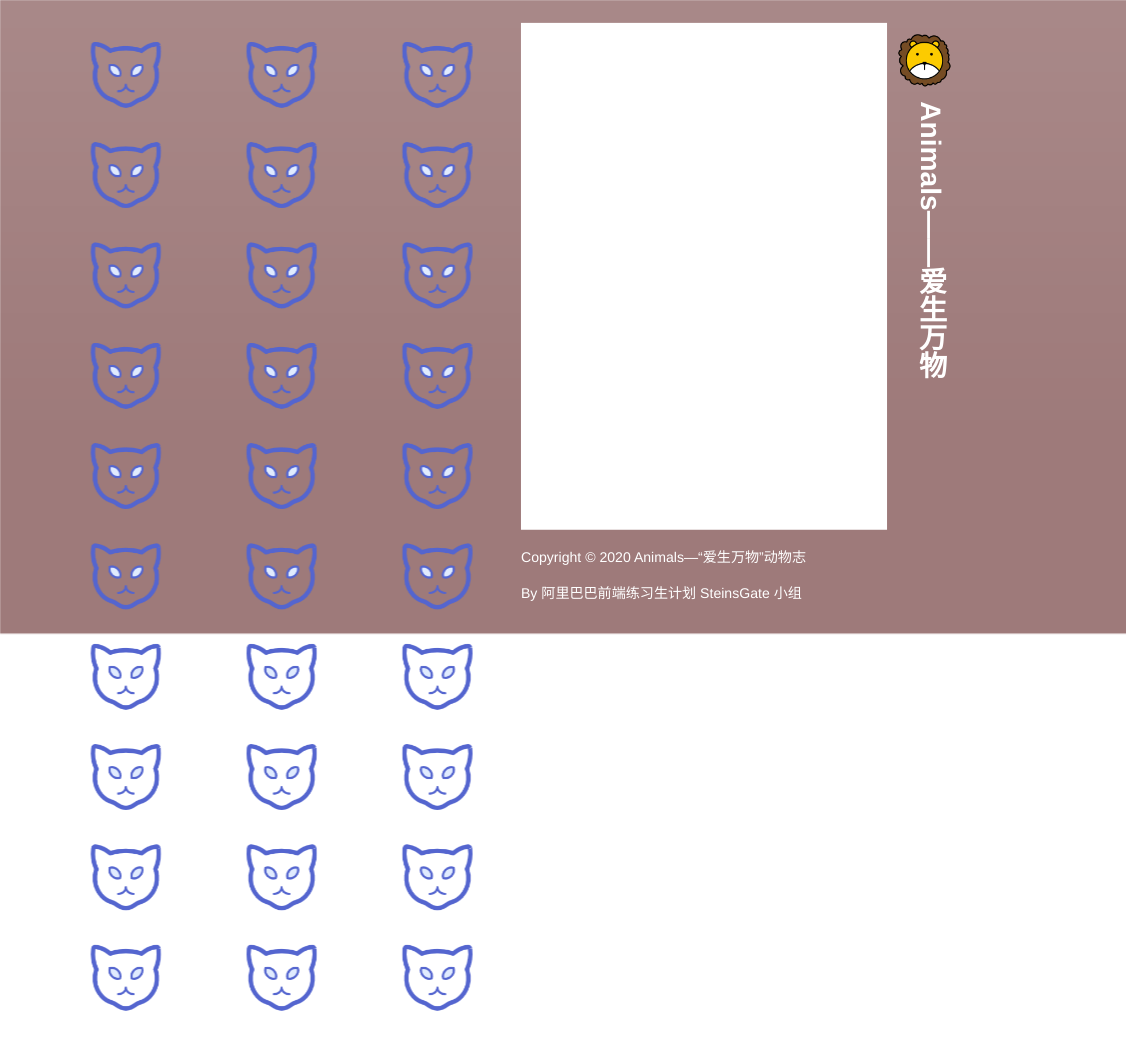
Repository: Whiskeyi/Animals
Page: /
The author's editor kept a copy of each file at every save. The page is drawn from the files as they stood at one save, then again after the next save.
The browser window is 1280 px wide. The pictures show the whole page, at 88% of full size.
The project was rebuilt for these pictures with package versions that can differ from the ones it lists, and the page was loaded fresh each time.

Above is the page before, as saved 2021-11-15 23:23:17.

### public/index.html
<!DOCTYPE html>
<html lang="en">
  <head>
    <meta charset="utf-8">
    <meta http-equiv="X-UA-Compatible" content="IE=edge">
    <meta name="viewport" content="width=device-width,initial-scale=1.0">
    <link rel="icon" href="<%= BASE_URL %>favicon.ico">
    <title>Animals</title>
  </head>
  <body>
    <noscript>
      <strong>We're sorry but animals doesn't work properly without JavaScript enabled. Please enable it to continue.</strong>
    </noscript>
    <div id="app"></div>
    <!-- built files will be auto injected -->
  </body>
</html>

### src/main.js
import Vue from 'vue'
import App from './App.vue'
import router from './router'
import store from './store'
import './plugins/element.js' // 引入element-ui

Vue.config.productionTip = false

new Vue({
  router,
  store,
  render: h => h(App)
}).$mount('#app')

### src/App.vue
<template>
  <div id="app">
    <!-- 入口 -->
    <router-view/>
  </div>
</template>

<style lang="scss">
#app {
  font-family: 'Avenir', Helvetica, Arial, sans-serif;
  -webkit-font-smoothing: antialiased;
  -moz-osx-font-smoothing: grayscale;
}

html, body {  // 去除白边
    width: 100%;
    height: 100%;
    margin: 0;
    padding: 0;
    position: relative;
}

</style>

### src/router.js
// 路由
import Vue from 'vue'
import Router from 'vue-router'
import Home from './views/Home.vue'

Vue.use(Router)

export default new Router({
  mode: 'history',
  base: process.env.BASE_URL,
  routes: [
    {
      path: '/',
      name: 'home',
      component: Home
    }
  ]
})

### src/plugins/element.js
// 引入element-ui
import Vue from 'vue'

import ElementUI from 'element-ui';
import 'element-ui/lib/theme-chalk/index.css';

Vue.use(ElementUI);

### src/views/Home.vue
<template>
  <div class="home">
    <!-- 背景+光泽效果 -->
    <div class="bg">
      <Gloss></Gloss>
    </div>
    <!-- 页面容器 -->
    <div class="container">
      <!-- 左侧展示模块 -->
      <div id="leftContainer">
        <LeftMain></LeftMain>
      </div>
      <!-- 右侧展示模块 -->
      <div id="rightContainer">
        <!-- 输出信息 -->
          <Info></Info>
          <!-- 右侧标题 -->
          <RightHead></RightHead>
          <!-- 尾部 -->
          <Footer></Footer>
      </div>
    </div>
  </div>
</template>

<script>
// @ is an alias to /src
// 组件引入
import Gloss from '@/components/Gloss'
import Footer from '@/components/Footer'
import Info from '@/components/Info'
import RightHead from '@/components/right-head'
import LeftMain from '@/components/left-main'

export default {
  name: 'home',
  components: {
    Gloss,Footer,Info,RightHead,LeftMain
  }
}
</script>

<style lang="scss" scoped>
.home {
  // 滚动条样式修改（待定）
}
.bg {
  height: 100%;
  width: 100%;
  background-color:rgb(158, 122, 122);
  position: fixed;
  transition: background-color 2s ease-in; // 背景颜色2S过渡
  filter: blur(0.5px); // 背景高斯模糊
  // z-index: -9; //暂时注释,影响调试
}
#leftContainer {
  position: absolute;
  left: 10%;
  width: 35%;
  height: 100%;
  margin: 0 auto;
}
#rightContainer {
  position: fixed;
  right: 10%;
  width: 45%;
  height: 100%;
  margin: 0 auto;
}
@media screen and (max-width: 1440px) { // 屏幕小于1440px样式
  #leftContainer {
  position: absolute;
  left: 5%;
  width: 40%;
  height: 100%;
  margin: 0 auto;
}
#rightContainer {
  position: fixed;
  right: 5%;
  width: 50%;
  height: 100%;
  margin: 0 auto;
}
}
</style>

### src/components/Gloss/index.vue
<template>
<!-- 实现光泽效果,丰富背景颜色 -->
<div id="gloss"></div>
</template>

<script>
export default {

}
</script>

<style lang="scss" scoped>
#gloss {
    position: fixed;
    width: 100%;
    height: 478px;
    background: url('../../assets/gloss.png') repeat-x;
    // z-index: -8;  //暂时注释,影响调试
}
</style>

### src/components/Footer/index.vue
<template>
  <div class="footerContainer">
      <p>Copyright © 2020 Animals—“爱生万物”动物志</p>
      <p>By 阿里巴巴前端练习生计划 SteinsGate 小组</p>
  </div>
</template>

<script>
export default {

}
</script>

<style lang="scss" scoped>
.footerContainer {
    position: fixed;
    bottom: 0;
    font-size: 1rem;
    color:#fff;
    margin:0 0 20px 16px;
}
</style>

### src/components/Info/index.vue
<template>
  <div class="infoContainer">

  </div>
</template>

<script>
export default {

}
</script>

<style lang="scss" scoped>
.infoContainer {
    float: left;
    z-index: 10000;
    width: 80%;
    height: 80%;
    margin: 26px 0 0 16px;
    background-color: #fff;
}
.infoContainer logo {
    position: absolute;
}
@media screen and (max-width: 1440px) { // 屏幕小于1440px样式
  .infoContainer {
    float: left;
    z-index: 10000;
    width: 65%;
    height: 80%;
    margin: 26px 0 0 16px;
    background-color: #fff;
}
}
</style>

### src/components/right-head/index.vue
<template>
  <div class="rightHeadContainer">
      <el-image class="logo" alt="logo" :src="require('@/icons/index.png')"></el-image>
      <h1 class="vertical">Animals——爱生万物</h1>
  </div>
</template>

<script>
export default {

}
</script>

<style lang="scss" scoped>
.rightHeadContainer {
    float: left;
    height: 400px;
    width: 100px;
    margin: 26px 0 0 16px;
}
.vertical {
    writing-mode: vertical-lr;
    padding-left: 5px;
    color: #fff;
}
@media screen and (max-width: 1440px) { // 屏幕小于1440px样式
    .rightHeadContainer {
        float: left;
        height: 400px;
        width:85px;
        margin: 26px 0 0 0;
    }
    .vertical {
        writing-mode: vertical-lr;
        padding-right: 0;
        color: #fff;
    }
}
</style>

### src/components/left-main/index.vue
<template>
  <div class="leftContainer">
    <el-row :gutter="20" type="flex" justify="center">
      <el-col :span="8">
        <el-image class="logo" alt="logo" :src="require('@/icons//animals/cat.png')"></el-image>
      </el-col>
      <el-col :span="8">
        <el-image class="logo" alt="logo" :src="require('@/icons//animals/cat.png')"></el-image>
      </el-col>
      <el-col :span="8">
        <el-image class="logo" alt="logo" :src="require('@/icons//animals/cat.png')"></el-image>
      </el-col>
    </el-row>
    <el-row :gutter="20" type="flex" justify="center">
      <el-col :span="8">
        <el-image class="logo" alt="logo" :src="require('@/icons//animals/cat.png')"></el-image>
      </el-col>
      <el-col :span="8">
        <el-image class="logo" alt="logo" :src="require('@/icons//animals/cat.png')"></el-image>
      </el-col>
      <el-col :span="8">
        <el-image class="logo" alt="logo" :src="require('@/icons//animals/cat.png')"></el-image>
      </el-col>
    </el-row>
    <el-row :gutter="20" type="flex" justify="center">
      <el-col :span="8">
        <el-image class="logo" alt="logo" :src="require('@/icons//animals/cat.png')"></el-image>
      </el-col>
      <el-col :span="8">
        <el-image class="logo" alt="logo" :src="require('@/icons//animals/cat.png')"></el-image>
      </el-col>
      <el-col :span="8">
        <el-image class="logo" alt="logo" :src="require('@/icons//animals/cat.png')"></el-image>
      </el-col>
    </el-row>
    <el-row :gutter="20" type="flex" justify="center">
      <el-col :span="8">
        <el-image class="logo" alt="logo" :src="require('@/icons//animals/cat.png')"></el-image>
      </el-col>
      <el-col :span="8">
        <el-image class="logo" alt="logo" :src="require('@/icons//animals/cat.png')"></el-image>
      </el-col>
      <el-col :span="8">
        <el-image class="logo" alt="logo" :src="require('@/icons//animals/cat.png')"></el-image>
      </el-col>
    </el-row>
    <el-row :gutter="20" type="flex" justify="center">
      <el-col :span="8">
        <el-image class="logo" alt="logo" :src="require('@/icons//animals/cat.png')"></el-image>
      </el-col>
      <el-col :span="8">
        <el-image class="logo" alt="logo" :src="require('@/icons//animals/cat.png')"></el-image>
      </el-col>
      <el-col :span="8">
        <el-image class="logo" alt="logo" :src="require('@/icons//animals/cat.png')"></el-image>
      </el-col>
    </el-row>
    <el-row :gutter="20" type="flex" justify="center">
      <el-col :span="8">
        <el-image class="logo" alt="logo" :src="require('@/icons//animals/cat.png')"></el-image>
      </el-col>
      <el-col :span="8">
        <el-image class="logo" alt="logo" :src="require('@/icons//animals/cat.png')"></el-image>
      </el-col>
      <el-col :span="8">
        <el-image class="logo" alt="logo" :src="require('@/icons//animals/cat.png')"></el-image>
      </el-col>
    </el-row>
    <el-row :gutter="20" type="flex" justify="center">
      <el-col :span="8">
        <el-image class="logo" alt="logo" :src="require('@/icons//animals/cat.png')"></el-image>
      </el-col>
      <el-col :span="8">
        <el-image class="logo" alt="logo" :src="require('@/icons//animals/cat.png')"></el-image>
      </el-col>
      <el-col :span="8">
        <el-image class="logo" alt="logo" :src="require('@/icons//animals/cat.png')"></el-image>
      </el-col>
    </el-row>
    <el-row :gutter="20" type="flex" justify="center">
      <el-col :span="8">
        <el-image class="logo" alt="logo" :src="require('@/icons//animals/cat.png')"></el-image>
      </el-col>
      <el-col :span="8">
        <el-image class="logo" alt="logo" :src="require('@/icons//animals/cat.png')"></el-image>
      </el-col>
      <el-col :span="8">
        <el-image class="logo" alt="logo" :src="require('@/icons//animals/cat.png')"></el-image>
      </el-col>
    </el-row>
    <el-row :gutter="20" type="flex" justify="center">
      <el-col :span="8">
        <el-image class="logo" alt="logo" :src="require('@/icons//animals/cat.png')"></el-image>
      </el-col>
      <el-col :span="8">
        <el-image class="logo" alt="logo" :src="require('@/icons//animals/cat.png')"></el-image>
      </el-col>
      <el-col :span="8">
        <el-image class="logo" alt="logo" :src="require('@/icons//animals/cat.png')"></el-image>
      </el-col>
    </el-row>
    <el-row :gutter="20" type="flex" justify="center">
      <el-col :span="8">
        <el-image class="logo" alt="logo" :src="require('@/icons//animals/cat.png')"></el-image>
      </el-col>
      <el-col :span="8">
        <el-image class="logo" alt="logo" :src="require('@/icons//animals/cat.png')"></el-image>
      </el-col>
      <el-col :span="8">
        <el-image class="logo" alt="logo" :src="require('@/icons//animals/cat.png')"></el-image>
      </el-col>
    </el-row>
  </div>
</template>

<script>
export default {

}
</script>

<style lang="scss" scoped>
.leftContainer {
  padding: 30px 0;
  width: 100%;
  text-align: center;
}
.leftContainer .logo {
  width: 110px;
  height: 110px;
  padding: 20px 0;
}
 @media screen and (max-width: 1440px) { // 屏幕小于1440px样式
  .leftContainer .logo {
    height: 80px;
    width: 80px;
    padding: 15px 0;
  }
 }
</style>

Loaded but not shown: src/store.js (common file)

After the next save:
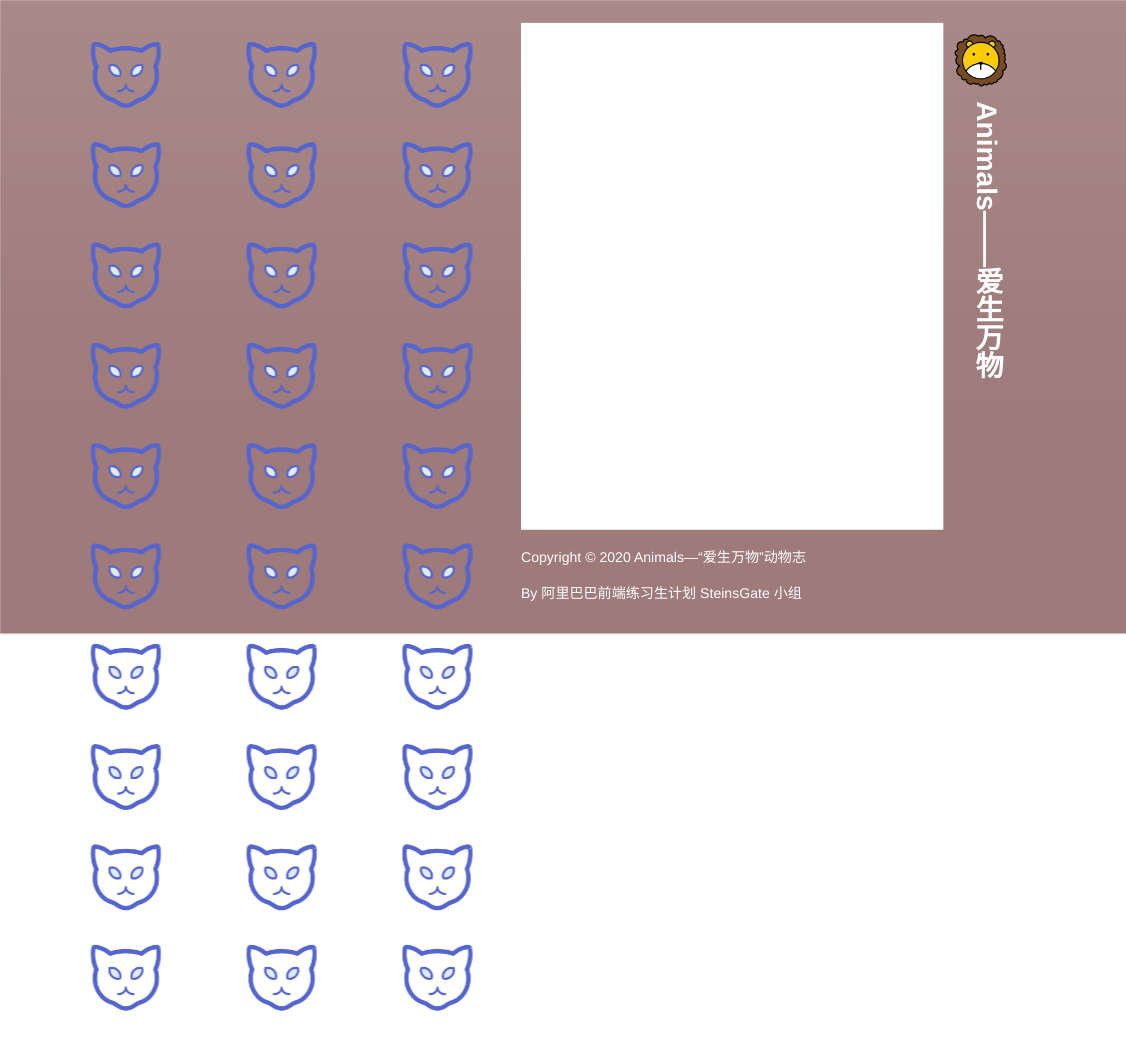
Saved 14 s later.
--- a/src/components/Info/index.vue
+++ b/src/components/Info/index.vue
@@ -26,7 +26,7 @@ export default {
   .infoContainer {
     float: left;
     z-index: 10000;
-    width: 65%;
+    width: 75%;
     height: 80%;
     margin: 26px 0 0 16px;
     background-color: #fff;
